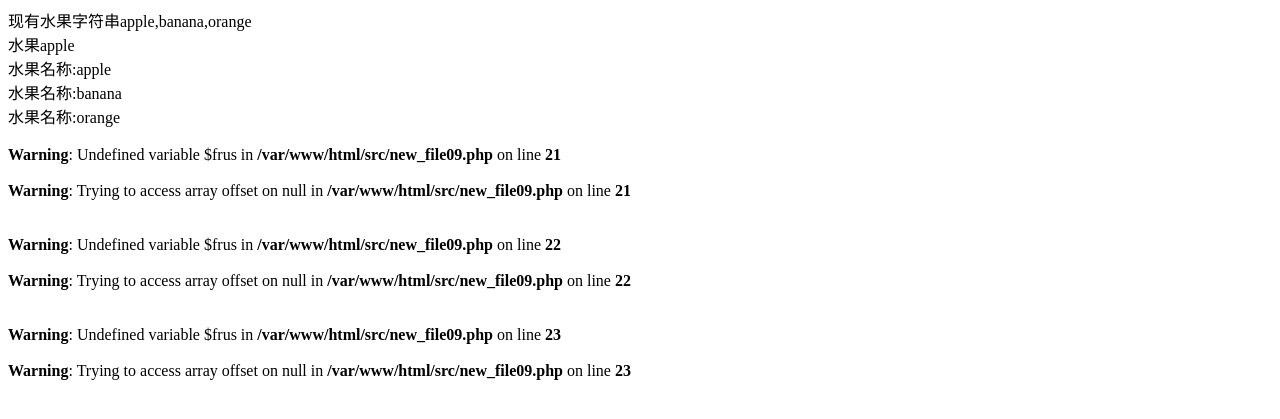
Repository: ljcan/PHP_Scripts
Page: http://localhost/src/new_file09.php
These files come from the project's save history. The page is drawn as it stood at one moment and after the next save; the edit follows.
The browser window is 1280 px wide. The pictures show the whole page.
The page is run by PHP 8.4 with error messages shown; the project is at /var/www/html/.

Above is the page before, as saved 2017-07-04 15:51:40.

### myjavascript_file/myphp/src/new_file09.php
<!DOCTYPE html PUBLIC "-//W3C//DTD HTML 4.01//EN"
"http://www.w3.org/TR/html4/strict.dtd">

<html xmlns="http://www.w3.org/1999/xhtml" lang="en">
    <head>
        <meta http-equiv="Content-Type" content="text/html; charset=utf-8" />
        <title>PHP之分割字符串</title>
        <meta name="author" content="Shinelon" />
        <!-- Date: 2017-07-04 -->
    </head>
    <body>
	<?php
	$fruit="apple,banana,orange";
	echo "现有水果字符串$fruit"."</br>";
	$fru=strtok($fruit, ",");
	echo "水果".$fru."</br>";
	$furs=explode(",", $fruit);
	foreach (explode(",", $fruit) as $i) {
		echo "水果名称:".$i."</br>";
	}
	echo $frus[0]."</br>";
	echo $frus[1]."</br>";
	echo $frus[2]."</br>";

	?>
    </body>
</html>

After the next save:
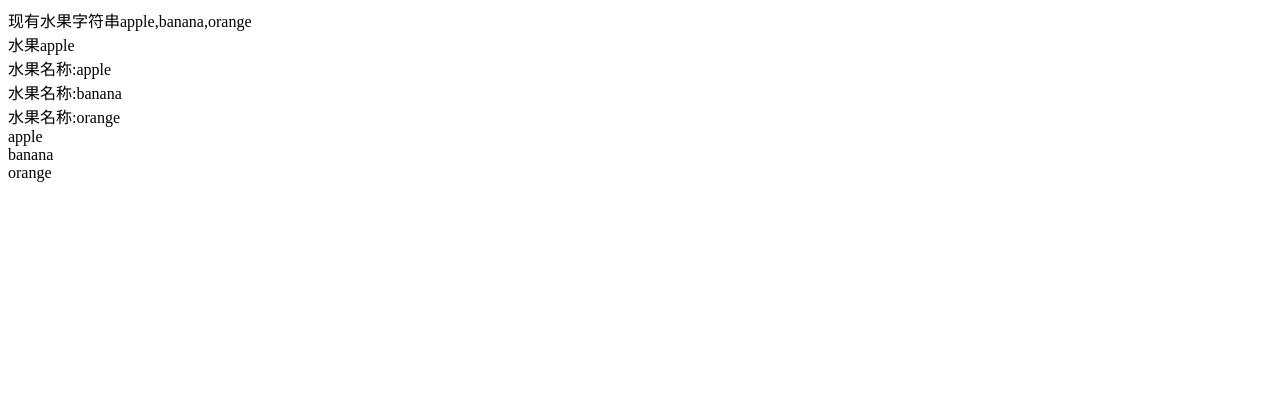
Saved 25 s later.
--- a/myjavascript_file/myphp/src/new_file09.php
+++ b/myjavascript_file/myphp/src/new_file09.php
@@ -14,7 +14,7 @@
 	echo "现有水果字符串$fruit"."</br>";
 	$fru=strtok($fruit, ",");
 	echo "水果".$fru."</br>";
-	$furs=explode(",", $fruit);
+	$frus=explode(",", $fruit);
 	foreach (explode(",", $fruit) as $i) {
 		echo "水果名称:".$i."</br>";
 	}
